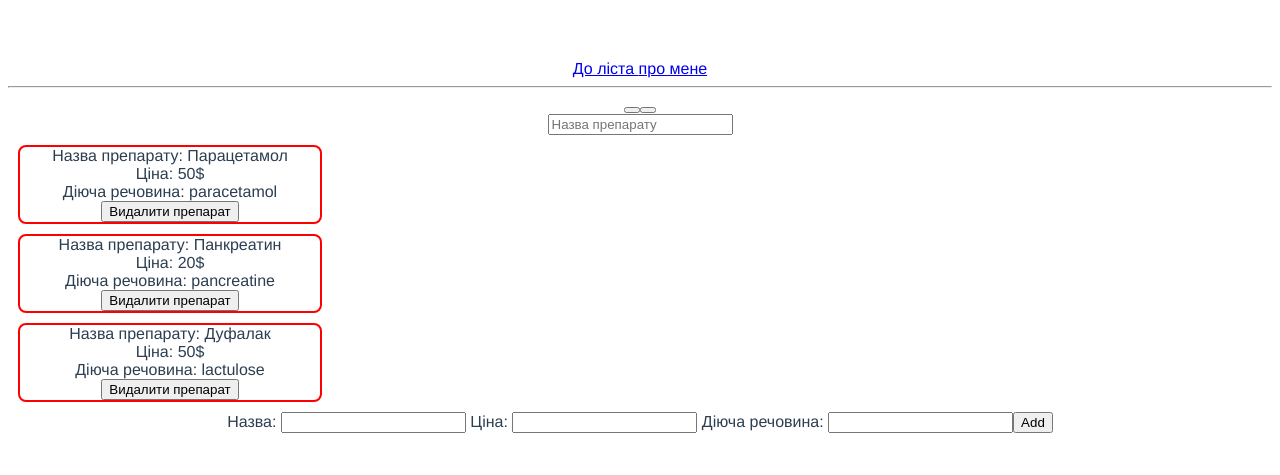
Repository: KYUUBI-K/Labs-from-2-course-
Page: /#/list (app in lab2(pharmacy)/)
An editor plug-in stored every save of this project. The page is shown before and after the next save, followed by the edit.
The browser window is 1280 px wide. The pictures show the whole page.
The project was rebuilt for these pictures with package versions that can differ from the ones it lists, and the page was loaded fresh each time.

Above is the page before, as saved 2021-12-21 15:54:30.

After the next save:
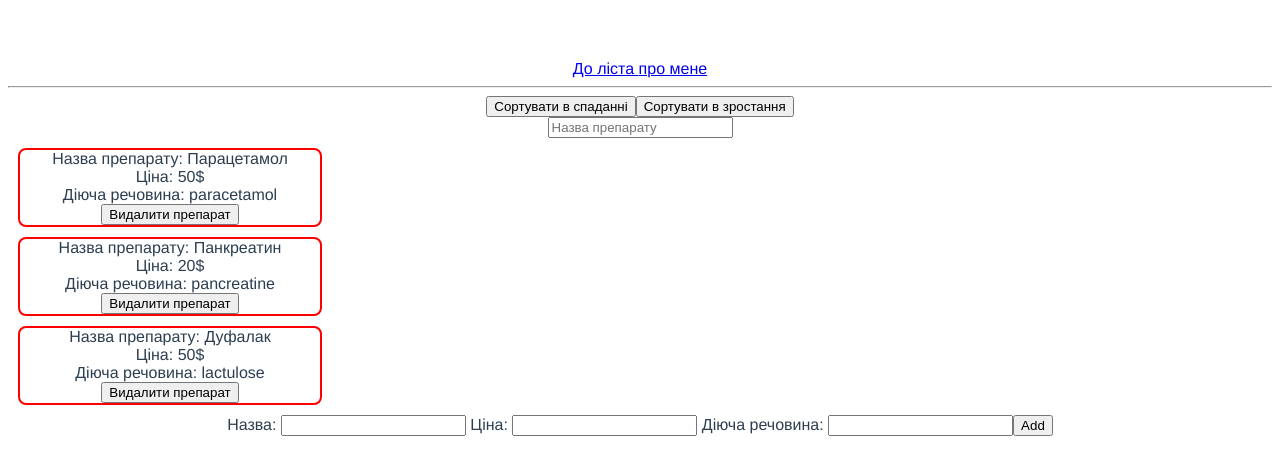
Saved 40 s later.
--- a/lab2(pharmacy)/src/components/Tasklist/index.vue
+++ b/lab2(pharmacy)/src/components/Tasklist/index.vue
@@ -1,8 +1,8 @@
 <template>
   <div>
     <div>
-      <button></button>
-      <button></button>
+      <button>Сортувати в спаданні</button>
+      <button>Сортувати в зростання</button>
     </div>
     <div>
       <input type="search" v-model="search" placeholder="Назва препарату" />
